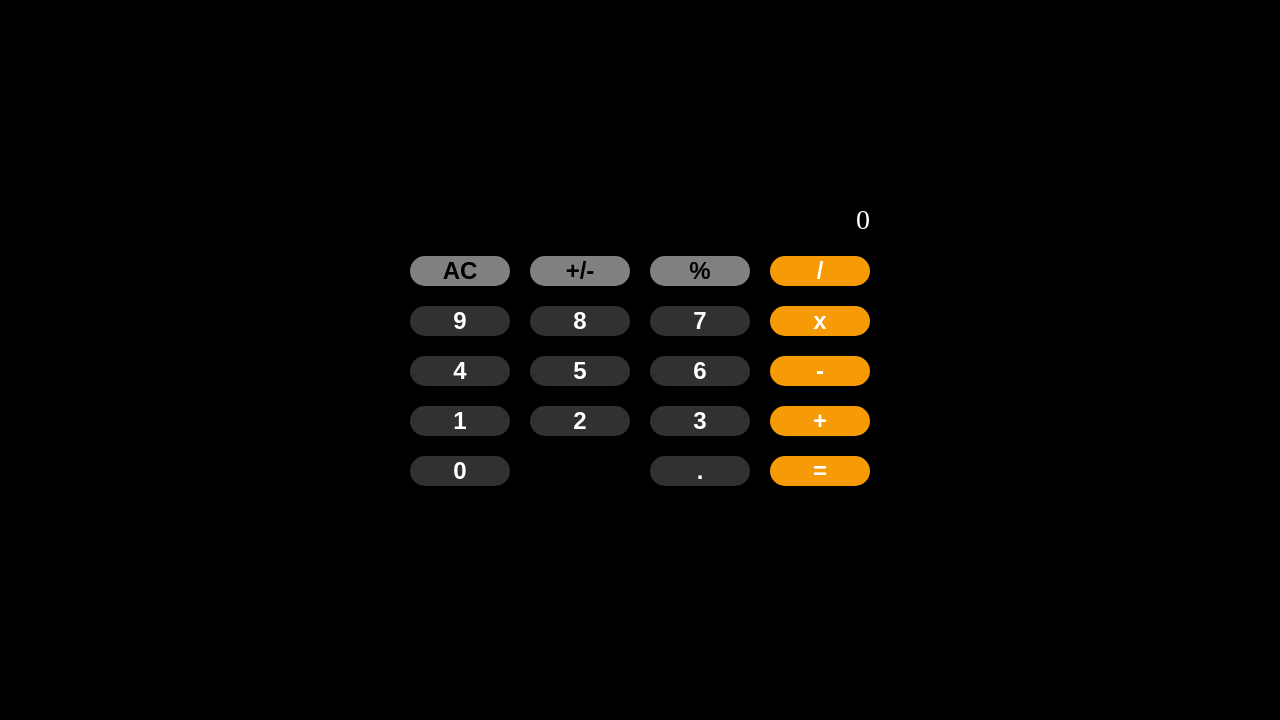
Repository: ble-syn/reactCalculator
Page: /
An editor plug-in stored every save of this project. The page is shown before and after the next save, followed by the edit.
The browser window is 1280 px wide. The pictures show the whole page.
The project was rebuilt for these pictures with package versions that can differ from the ones it lists, and the page was loaded fresh each time.

Above is the page before, as saved 2022-10-06 13:36:09.

### src/index.css
*{
  margin: 0;
  box-sizing: border-box;
}

body{
  display: flex;
  justify-content: center;
  align-items: center;
  flex-direction: column;
  background-color: #000;
  color: #fff;
  margin: 12% auto;
}
.container {
  max-width: 1200px;
  padding: 10px;
}
#calculator-display {
  border: none;
  width: 100%;
  text-align: right;
  font-size: 28px;
  padding: 50px 10px 10px;
  color: #fff;
  background-color: #000;
}

.calculator-keys{
  display: grid;
  grid-template-columns: repeat(4, 1fr);
  grid-gap: 20px;
  margin: 10px;
}
button {
  width: 100px;
  border-radius: 50%;
  outline: none;
  border-radius: 50px;
  font-weight: 700;
  border: none;
  color: #fff;
  background-color: #313131;
  font-size: 24px;
  cursor: pointer;
}
.zero {
  grid-column: 1/3;
}
.gray {
  background-color: gray;
  color: #000;
}
.yellow {
  background-color: #F69A06;
}

### src/App.js



function App() {

  return (

    <main id="container">
      <div class="calculator">
          <div id="calculator-display">0</div>

          <div class="calculator-keys">
              <button class="gray">AC</button>
              <button class="gray">+/-</button>
              <button class="gray">%</button>
              <button class="yellow">/</button>
              <button>9</button>
              <button>8</button>
              <button>7</button>
              <button class="yellow">x</button>
              <button>4</button>
              <button>5</button>
              <button>6</button>
              <button class= "yellow">-</button>
              <button>1</button>
              <button>2</button>
              <button>3</button>
              <button class="yellow">+</button>
              <button class="zero" >0</button>
              <button data-action="decimal">.</button>
              <button class="yellow">=</button>
          </div>
      </div>
    </main>
  )
}

export default App;

Loaded but not shown: public/index.html (common file); src/index.js (common file); src/reportWebVitals.js (common file)

After the next save:
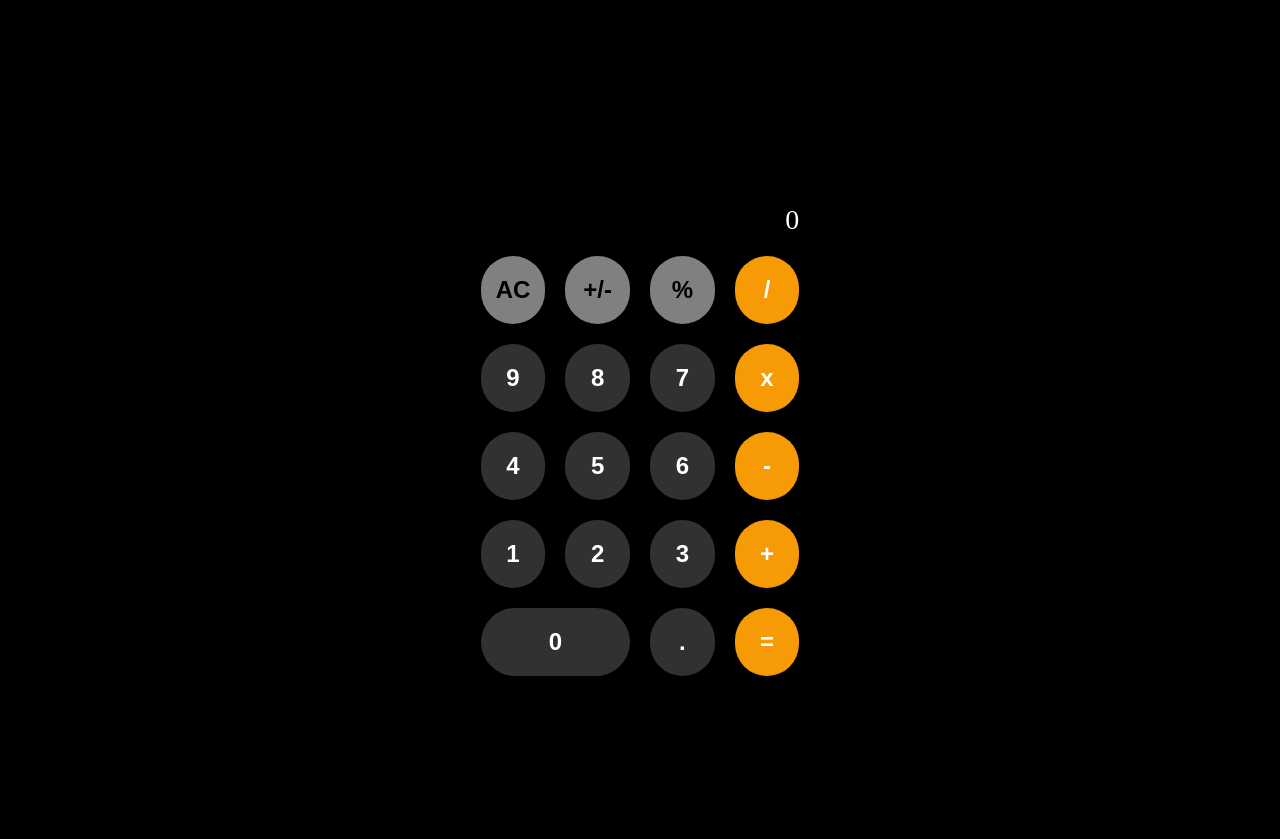
Saved 12 s later.
--- a/src/index.css
+++ b/src/index.css
@@ -33,8 +33,7 @@ body{
   margin: 10px;
 }
 button {
-  width: 100px;
-  border-radius: 50%;
+  padding: 20px 15px;
   outline: none;
   border-radius: 50px;
   font-weight: 700;
